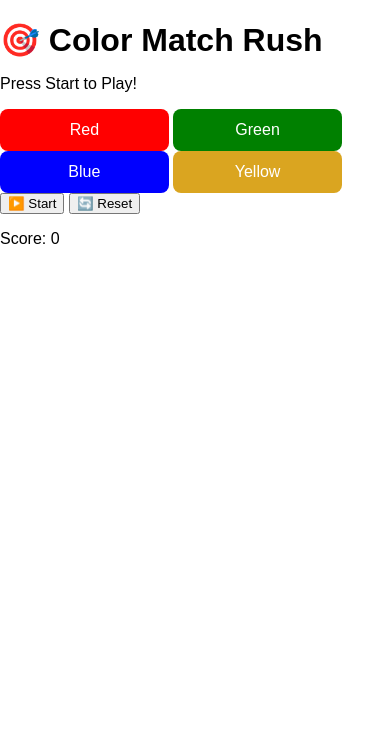
Repository: alokanand524/anand-portfolio
Page: games/color-match-game/index.html
An editor plug-in stored every save of this project. The page is shown before and after the next save, followed by the edit.
The browser window is 375 px wide. The pictures show the whole page.

Above is the page before, as saved 2025-07-31 16:21:22.
Console error: ReferenceError: $ is not defined

After the next save:
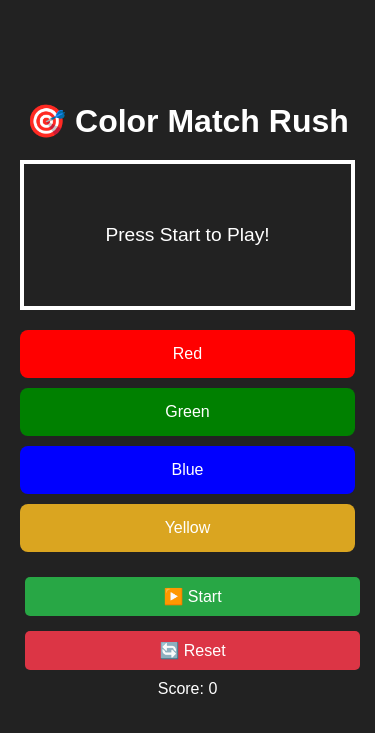
Saved 10 s later.
--- a/games/color-match-game/style.css
+++ b/games/color-match-game/style.css
@@ -1,94 +1,84 @@
-body,
-html {
-    margin: 0;
-    padding: 0;
-    font-family: 'Arial', sans-serif;
-    transition: background 0.3s ease-in-out;
+* {
+  margin: 0;
+  padding: 0;
+  box-sizing: border-box;
+  font-family: Arial, sans-serif;
 }
 
-.game-container {
-    text-align: center;
-    padding: 30px 20px;
+body {
+  background: #222;
+  color: #fff;
+  display: flex;
+  align-items: center;
+  justify-content: center;
+  min-height: 100vh;
+  padding: 20px;
 }
 
-h1 {
-    font-size: 2rem;
-    margin-bottom: 10px;
+.container {
+  max-width: 400px;
+  width: 100%;
+  text-align: center;
 }
 
-#instruction {
-    font-size: 1.2rem;
-    margin-bottom: 15px;
+.game-box {
+  height: 150px;
+  margin: 20px 0;
+  border: 4px solid #fff;
+  display: flex;
+  align-items: center;
+  justify-content: center;
+  font-size: 1.2rem;
+  transition: background-color 0.3s ease;
 }
 
-.score-board {
-    font-size: 1.2rem;
-    margin-bottom: 20px;
-}
-
-.buttons {
-    display: flex;
-    flex-wrap: wrap;
-    justify-content: center;
-    gap: 10px;
-    margin-bottom: 30px;
+.btn-group {
+  display: flex;
+  flex-wrap: wrap;
+  justify-content: space-between;
+  margin-bottom: 20px;
+  gap: 10px;
 }
 
 .color-btn {
-    padding: 15px 25px;
-    font-size: 1.1rem;
-    border: none;
-    border-radius: 8px;
-    color: white;
-    cursor: pointer;
-    width: 100px;
-    transition: transform 0.2s;
+  flex: 1 1 45%;
+  padding: 15px;
+  font-size: 1rem;
+  border: none;
+  color: white;
+  border-radius: 8px;
+  cursor: pointer;
+  transition: transform 0.2s;
 }
 
 .color-btn:hover {
-    transform: scale(1.05);
+  transform: scale(1.05);
 }
 
-.red {
-    background-color: red;
+.red    { background-color: red; }
+.green  { background-color: green; }
+.blue   { background-color: blue; }
+.yellow { background-color: goldenrod; }
+
+.controls button {
+  padding: 10px 20px;
+  font-size: 1rem;
+  margin: 5px;
+  cursor: pointer;
+  border-radius: 5px;
+  border: none;
 }
 
-.green {
-    background-color: green;
+#startBtn { background-color: #28a745; color: white; }
+#resetBtn { background-color: #dc3545; color: white; }
+
+@media (max-width: 480px) {
+  .color-btn {
+    flex: 1 1 100%;
+  }
+
+  .controls button {
+    width: 100%;
+    margin-bottom: 10px;
+  }
 }
-
-.blue {
-    background-color: blue;
-}
-
-.yellow {
-    background-color: goldenrod;
-}
-
-#status {
-    font-size: 1.3rem;
-    font-weight: bold;
-}
-
-.reset-btn {
-    margin-top: 30px;
-    background-color: #d9534f;
-    color: white;
-    border: none;
-    padding: 10px 20px;
-    font-size: 16px;
-    border-radius: 4px;
-    cursor: pointer;
-}
-
-.reset-btn:hover {
-    background-color: #c9302c;
-}
-
-@media (max-width: 600px) {
-    .color-btn {
-        width: 45%;
-        font-size: 1rem;
-        padding: 12px;
-    }
-}
